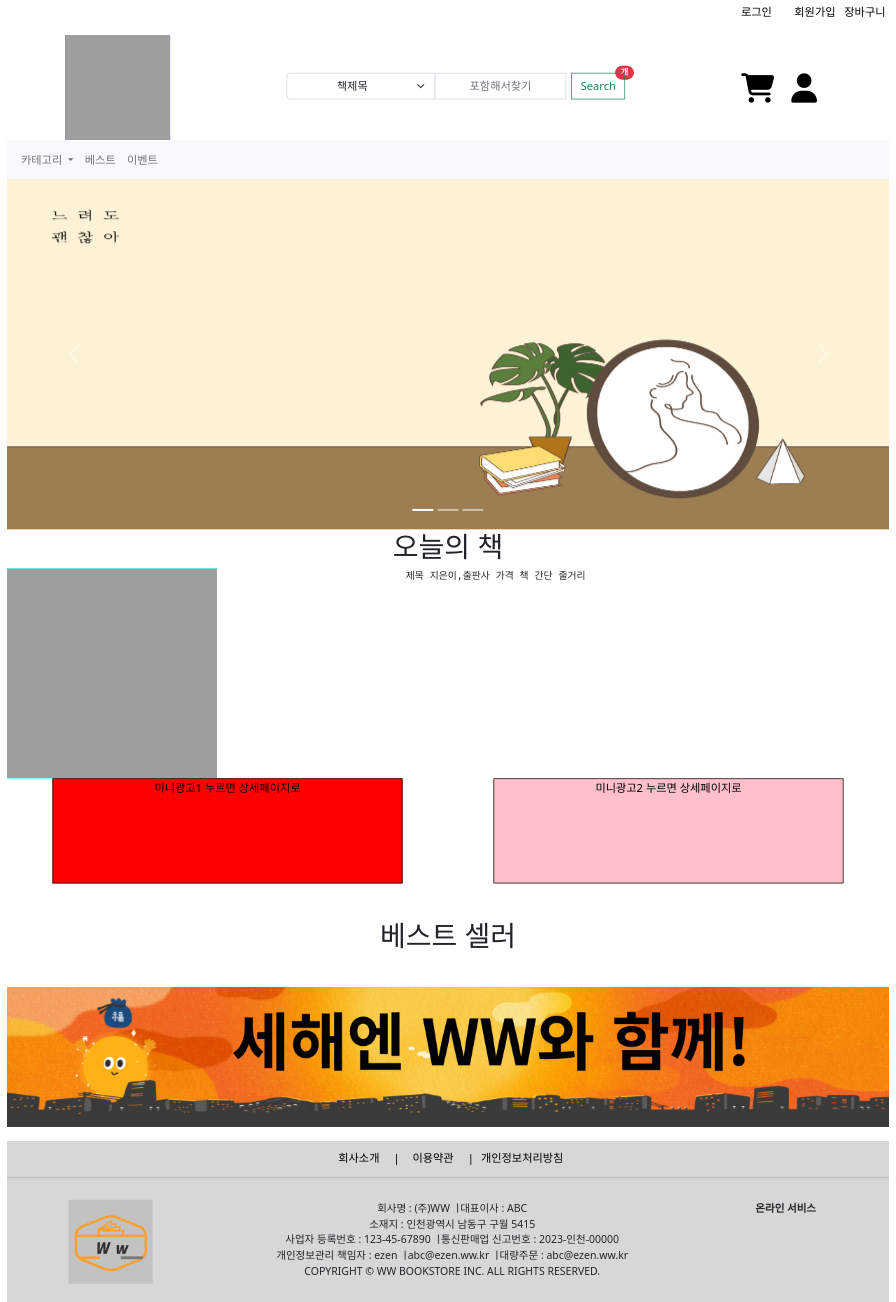
Repository: bongbongi/book1
Page: http://localhost/book/WEB-INF/views/home.jsp
The author's editor kept a copy of each file at every save. The page is drawn from the files as they stood at one save, then again after the next save.
The browser window is 1280 px wide. The pictures show the whole page, at 70% of full size.
Pictures or frames that could not be fetched are drawn as grey boxes. Some web libraries are served in a nearby version. The page is served by Tomcat 9. Nobody is signed in. Other server files are loaded and not shown. The template is opened directly, without the code that normally fills it, so the values that code supplies are empty.

Above is the page before, as saved 2023-01-09 16:47:07.

### book/src/main/webapp/WEB-INF/views/home.jsp
<%@ page language="java" contentType="text/html; charset=UTF-8"
	pageEncoding="UTF-8"%>
<%@ taglib uri="http://java.sun.com/jsp/jstl/core" prefix="c"%>
<%@ page import="java.net.URLEncoder"%>
<%@ page import="java.net.URL"%>
<%@ page import="java.net.HttpURLConnection"%>
<%@ page import="java.io.BufferedReader"%>
<%@ page import="java.io.InputStreamReader"%>

<html>
<!-- CSS only -->
<link
	href="https://cdn.jsdelivr.net/npm/bootstrap@5.2.2/dist/css/bootstrap.min.css"
	rel="stylesheet"
	integrity="sha384-Zenh87qX5JnK2Jl0vWa8Ck2rdkQ2Bzep5IDxbcnCeuOxjzrPF/et3URy9Bv1WTRi"
	crossorigin="anonymous">
<!-- JavaScript Bundle with Popper -->
<script
	src="https://cdn.jsdelivr.net/npm/bootstrap@5.2.2/dist/js/bootstrap.bundle.min.js"
	integrity="sha384-OERcA2EqjJCMA+/3y+gxIOqMEjwtxJY7qPCqsdltbNJuaOe923+mo//f6V8Qbsw3"
	crossorigin="anonymous"></script>
<script src="https://kit.fontawesome.com/92e616dfba.js" crossorigin="anonymous"></script>
<meta charset="UTF-8">
<head>
<title>Home</title>
<style>
* {
	text-align: center;
}

.home_main {
	margin:0 auto;
	width: 1260px;
}

body {


}

.slide {
	background-color: peru;
	margin: 0 auto;
	width: 1260px;
	height: 500px;
}

.todayBookImg {
	width: 300px;
	height: 300px;
	background-color: aqua;
}

.todayBookImg>img {
	width: 300px;
	height: 300px;
}

.todayBook {

}

.todayBookIntroduce {
	margin: 0 auto;
	display: flex;
}

.Best_item {
	width: 230px;
	height: 310px;
	/* background-color: antiquewhite; */
	display: inline-block;
	vertical-align: top;
	margin-right: 10px;
	margin-bottom: 50px;

	border:1px solid darkgray;
	border-radius: 20px;
}

.img_box {
	width: 220px;
	height: 200px;
	/* background-color: lightgray; */
	margin: 5px;
}
.book_img{
	width: 180px;
	height: 200px;
}
.main_book_header{
	font-size:16px;
}
.main_book_writer{
	font-size:10px;
}

.BestSellerList {
	list-style: none;

	padding:0px;
	/* display: -moz-inline-box; */
}

.BestSellerList:nth-last-child(-n+5) {
	margin-top: 50px;
}

.bestSeller {
	/* display: flex; */

}

.d-block {
	height: 500px;
}
.rank>i{
	margin:5px;
	padding:0;

	text-align: center;
 /* 	text-align: left; */
}
.fa-1{
 font-size:15px;
 	margin-left:8px;
}
.foot-ad{
	background-color: purple;
	height: 200px;
	margin: 20px 0px;
}
.foot-ad>a>img{
	height: 200px;
}
.ad-one{
	height: 200px;
	display: flex;
	justify-content: space-around;
}
.ad_mini_1{
	width: 500px;
	height:150px;
	background-color: red;
	border : 1px solid black;
}
.ad_mini_2{
	width: 500px;
	height:150px;
	background-color: pink;
	border : 1px solid black;
}
</style>
</head>
<body>
	<jsp:include page="./layout/header.jsp"></jsp:include>


	<div class="home_main">
		<nav class="navbar navbar-expand-lg bg-light">
			<div class="container-fluid">
				<!-- <a class="navbar-brand" href="#">Navbar</a> -->
				<button class="navbar-toggler" type="button"
					data-bs-toggle="collapse" data-bs-target="#navbarSupportedContent"
					aria-controls="navbarSupportedContent" aria-expanded="false"
					aria-label="Toggle navigation">
					<span class="navbar-toggler-icon"></span>
				</button>
				<div class="collapse navbar-collapse" id="navbarSupportedContent">
					<ul class="navbar-nav me-auto mb-2 mb-lg-0">
						<!-- <li class="nav-item">
                <a class="nav-link active" aria-current="page" href="#">이벤트</a>
              </li> -->
						<li class="nav-item dropdown"><a
							class="nav-link dropdown-toggle" href="#" role="button"
							data-bs-toggle="dropdown" aria-expanded="false"> 카테고리 </a>
							<ul class="dropdown-menu">
								<li><a class="dropdown-item" href="#">소설</a></li>
								<li><a class="dropdown-item" href="#">에세이</a></li>
								<li><hr class="dropdown-divider"></li>
								<li><a class="dropdown-item" href="#">문제집</a></li>
							</ul></li>
						<li class="nav-item"><a class="nav-link" href="#">베스트</a></li>
						<li class="nav-item"><a class="nav-link" href="#">이벤트</a></li>
					</ul>
				</div>
			</div>
		</nav>
		<div class="slide">
			<div id="carouselExampleCaptions" class="carousel slide"
				data-bs-ride="false">
				<div class="carousel-indicators">
					<button type="button" data-bs-target="#carouselExampleCaptions"
						data-bs-slide-to="0" class="active" aria-current="true"
						aria-label="Slide 1"></button>
					<button type="button" data-bs-target="#carouselExampleCaptions"
						data-bs-slide-to="1" aria-label="Slide 2"></button>
					<button type="button" data-bs-target="#carouselExampleCaptions"
						data-bs-slide-to="2" aria-label="Slide 3"></button>
				</div>
				<div class="carousel-inner">
					<div class="carousel-item active">
						<img
							src="../resources/img/main-slide-ad1.jpg"
							class="d-block w-100" alt="...">
					</div>
					<div class="carousel-item">
						<img
							src="../resources/img/main-slide-ad2.jpg"
							class="d-block w-100" alt="...">
					</div>
					<div class="carousel-item">
						<img
							src="../resources/img/main-slide-ad3.jpg"
							class="d-block w-100" alt="...">
					</div>
				</div>
				<button class="carousel-control-prev" type="button"
					data-bs-target="#carouselExampleCaptions" data-bs-slide="prev">
					<span class="carousel-control-prev-icon" aria-hidden="true"></span>
					<span class="visually-hidden">Previous</span>
				</button>
				<button class="carousel-control-next" type="button"
					data-bs-target="#carouselExampleCaptions" data-bs-slide="next">
					<span class="carousel-control-next-icon" aria-hidden="true"></span>
					<span class="visually-hidden">Next</span>
				</button>
			</div>
		</div>
		<div class="todayBook">
			<h1>오늘의 책</h1>
			<div class="todayBookIntroduce">
				<div class="todayBookImg">
					<img
						src="https://contents.kyobobook.co.kr/sih/fit-in/458x0/pdt/9791167740847.jpg">
				</div>
				<div>
					<pre>
				제목 지은이,출판사 가격 책 간단 줄거리
					</pre>
				</div>
			</div>
		</div>
		<div class="ad-one">
			<div class="ad_mini_1"><a href="#">미니광고1 누르면 상세페이지로</a></div>
			<div class="ad_mini_2"><a href="#">미니광고2 누르면 상세페이지로</a></div>
		</div>
		<h1>베스트 셀러</h1>
		<div class="BestSeller">
			<ul class="BestSellerList">
			<c:forEach items="${book_list}" var="list" begin="1" end="10">
				<li class="Best_item">
					<div class="rank">
						<i class="fa-solid fa-1"></i>
					</div>
					<div class="img_box">
						<a href="#">
							<img class="book_img" src="${list.book_image}">
						</a>
					</div>
					<div class="info_box">
						<span class="main_book_header">${list.book_title}</span>
						<Br>
						<span class="main_book_writer">${list.book_writer} : ${list.book_publisher}</span>
					</div>
				</li>
			</c:forEach>


			</ul>


		</div>
		<!-- 광고 -->
		<div class="foot-ad">
			<a href="#">
				<img src="../resources/img/newYearAD.jpg">
			</a>
		</div>
	</div>
	<jsp:include page="./layout/footer.jsp"></jsp:include>
</body>
</html>

### book/src/main/webapp/WEB-INF/views/layout/header.jsp
<%@ page language="java" contentType="text/html; charset=UTF-8" pageEncoding="UTF-8"%>
<%@ taglib uri="http://java.sun.com/jsp/jstl/core" prefix="c"%>
<link href="https://cdn.jsdelivr.net/npm/bootstrap@5.2.2/dist/css/bootstrap.min.css" rel="stylesheet" integrity="sha384-Zenh87qX5JnK2Jl0vWa8Ck2rdkQ2Bzep5IDxbcnCeuOxjzrPF/et3URy9Bv1WTRi" crossorigin="anonymous">
<script src="https://kit.fontawesome.com/92e616dfba.js" crossorigin="anonymous"></script>
<meta charset="UTF-8">
<!DOCTYPE html>
<html>
<head>
<style>
.header {
   margin: 0 auto;
   width: 1260px;
   height: 200px;
}

.menu {
   display: flex;
   justify-content: flex-end;
   padding: 5px;
}

.logo {
   width: 150px;
   height: 150px;
   background-color: blue;
}

.logo>a>img {
   width: 150px;
   height: 150px;
}

.searchBar {
   /* position:absolute; */
   width: 484px;
   height: 42px;
   /* background-color: gold; */
   margin-top: 54px;
   border-radius: 30px;
}

.bar {
   height: 150px;
   display: flex;
   flex-direction: row;
   flex-wrap: nowrap;
   justify-content: space-around;
   /*    align-items: baseline; */
}

.icons>a>i {
   font-size: 42px;
   color: black;
   margin-top: 54px;
   margin-right: 20px;
}
</style>
</head>
<body>
   <div class="header">
      <div class="menu">
         <c:if test="${ses.mem_id ==null}">
            <ul>
               <a href="/mem/loginPage">로그인</a>
            </ul>
            <ul>
               <a href="/mem/joinPage">회원가입</a>
            </ul>
         </c:if>
         <c:if test="${ses.mem_auth == '0' }">
            <ul>
               <a href="/mem/logOut">로그아웃</a>
            </ul>
            <ul>
               <a href="/mem/adminPage">관리인페이지</a>
            </ul>
         </c:if>
         <c:if test="${ses.mem_id !=null && ses.mem_auth !='0' }">
            <ul>
               <a href="/mem/logOut">로그아웃</a>
            </ul>
            <ul>
               <a href="/mem/mypage">마이페이지</a>
            </ul>
         </c:if>
         <%-- <ul>
            <a href="/cart/cartdetail?mem_num=${ses.mem_num}">장바구니</a>
         </ul> --%>
         <c:if test="${ses.mem_id !=null}">
         <ul>
            <a href="/cart/cartdetail?mem_num=${ses.mem_num}">장바구니</a>
         </ul>
         </c:if>
         <c:if test="${ses.mem_id == null}">
               <a href="/mem/loginPage" onclick="gologin(event)">&nbsp&nbsp&nbsp장바구니</a>
         </c:if>
      </div>
      <div class="bar">
         <div class="logo">
            <a href="/"><img src="/resources/img/logo.jpg" alt="로고"></a>
         </div>
         <div class="searchBar">
            <form action="/book/search" class="d-flex" role="search" method="get">
               <div class="input-group mb-3">
                  <!-- 값을 별도 저장 -->
                  <c:set value="${pgh.pgvo.type}" var="typed" />
                  <select class="form-select" name="type">
                     <option value="t" ${typed eq 't' ? 'selected' :'' }>책제목</option>
                     <option value="c" ${typed eq 'c' ? 'selected' :'' }>작가이름</option>
                     <option value="w" ${typed eq 'w' ? 'selected' :'' }>출판사</option>
                  </select> <input class="form-control me-2" type="text" name="keyword" placeholder="포함해서찾기"> <input type="hidden" name="pageNo" value="1"> <input type="hidden" name="qty" value="10">
                  <button class="btn btn-outline-success" type="submit">Search</button>
                  <span class="position-absolute top-0 start-100 translate-middle badge rounded-pill bg-danger"> ${pgh.totalCount}개 <span class="visually-hidden">unread messages</span>
                  </span>
               </div>
            </form>
         </div>
         <div class="icons">
            <!-- 로그인 되었을때 -->
            <c:if test="${ses.mem_id !=null}">
            <a href="/cart/cartdetail?mem_num=${ses.mem_num}">
               <i class="fa-solid fa-cart-shopping"></i>
            </a>
            </c:if>
            <!-- 로그인 안되었을때 -->
            <c:if test="${ses.mem_id == null}">
            <a href="/mem/loginPage" onclick="gologin(event)">
               <i class="fa-solid fa-cart-shopping"></i>
            </a>
            </c:if>

            <c:if test="${ses.mem_auth == '0' }">
               <a href="/mem/adminPage">
                  <i class="fa-solid fa-user"></i>
               </a>
            </c:if>
            <c:if test="${ses.mem_auth != '0' }">
               <a href="/mem/mypage">
                  <i class="fa-solid fa-user"></i>
               </a>
            </c:if>

         </div>
      </div>
   </div>

   <script type="text/javascript">
      function gologin(event) {
         alert("로그인이 필요합니다!");
      }
      </script>
</body>
</html>

### book/src/main/webapp/WEB-INF/views/layout/footer.jsp
<%@ page language="java" contentType="text/html; charset=UTF-8"
   pageEncoding="UTF-8"%>
   <%@ taglib uri="http://java.sun.com/jsp/jstl/core" prefix="c"%>
<!DOCTYPE html>
<html>
<head>
<meta charset="UTF-8">
<title>Insert title here</title>
<style>
.footer {
   width: 1260px;
   height: 230px;
   background-color: rgba(175, 175, 175, 0.5);
   margin: 0 auto;
}

.footer-logo {

   width: 120px;
   height: 120px;
   background-color: beige;
}
.footer-logo>img{
   width: 120px;
   height: 120px;
}

.address-box {
   text-align: left;
   padding: 0;
   margin: 0;
}

.address {
   padding: 15px;
   height: 150px;
   display: flex;
   font-size: 15px;
   /* align-items: baseline; */
   flex-direction: row;
   flex-wrap: nowrap;
   justify-content: space-around;
}

ul {
   list-style: none;
}

.footer, .address li {

}

.footer-top {
   text-align: center;
   padding-top: 12px;
}

.footer-top>ul {
   margin: 0;
   padding: 0;
   display: flex;
   justify-content: center;
}

.footer-top>li {
   margin: 0;
   padding: 0;
}

a {
   text-decoration-line: none;
   color: black;
}

a:visited {
   text-decoration: none;
}

a:hover {
   text-decoration: none;
}

a:focus {
   text-decoration: none;
}

a:hover, a:active {
   text-decoration: none;
}

.online-serviceBar {
   padding: 0px;
   margin-left: 20px;
   width: 120px;
   height: 120px;
}

.online-serviceBar>ul {
   margin: 0px;
   padding: 0px;
}

</style>

</head>

<body>
   <div class="footer">
      <div class="footer-top">
         <ul>
            <li><a href="/introduce">회사소개 　|　 </a></li>
            <li><a href="/tos">이용약관 　| 　</a></li>
            <li><a href="/pp">개인정보처리방침</a></li>
         </ul>
      </div>
      <hr>
      <div class="address">
         <div class="footer-logo">
            <img src="../resources/img/logo2.png" alt="로고">
         </div>
         <div class="address-box">
            <ul>
               <li>회사명 : (주)WW <span style="margin-right: -7px;">ㅣ</span>
                  대표이사 : ABC
               </li>

               <li>소재지 : 인천광역시 남동구 구월 5415</li>
               <li>사업자 등록번호 : 123-45-67890 <span style="margin-right: -7px;">ㅣ</span>
                  통신판매업 신고번호 : 2023-인천-00000
               </li>

               <li>개인정보관리 책임자 : ezen <span style="margin-right: -7px;">ㅣ</span>
                  abc@ezen.ww.kr <span style="margin-right: -7px;">ㅣ</span> 대량주문 :
                  abc@ezen.ww.kr
               </li>

               <li>COPYRIGHT © WW BOOKSTORE INC. ALL RIGHTS RESERVED.</li>

            </ul>

         </div>
         <div class="online-serviceBar">
            <strong>온라인 서비스</strong>
            <c:if test="${ses.mem_auth eq 1}">
            <ul>
               <li><a href="/mem/mypage">마이페이지</a></li>
               <li><a href="/ntc/noticeOnly">공지사항</a></li>
               <li><a href="/board/list">1대1문의</a></li>
               <li><a href="/faq/faqListOnly">FAQ</a></li>
            </ul>
            </c:if>
            <c:if test="${ses.mem_auth eq 0}">
            <ul>
               <li><a href="/" onclick="gologin(event)">마이페이지</a></li>
               <li><a href="/ntc/noticeOnly">공지사항</a></li>
               <li><a href="/" onclick="gologin(event)">1대1문의</a></li>
               <li><a href="/faq/faqListOnly">FAQ</a></li>
            </ul>

            </c:if>
         </div>
      </div>
   </div>

   <script type="text/javascript">

   function gologin(event) {
      alert("일반회원 영역입니다")
   }



   </script>

</body>
</html>

After the next save:
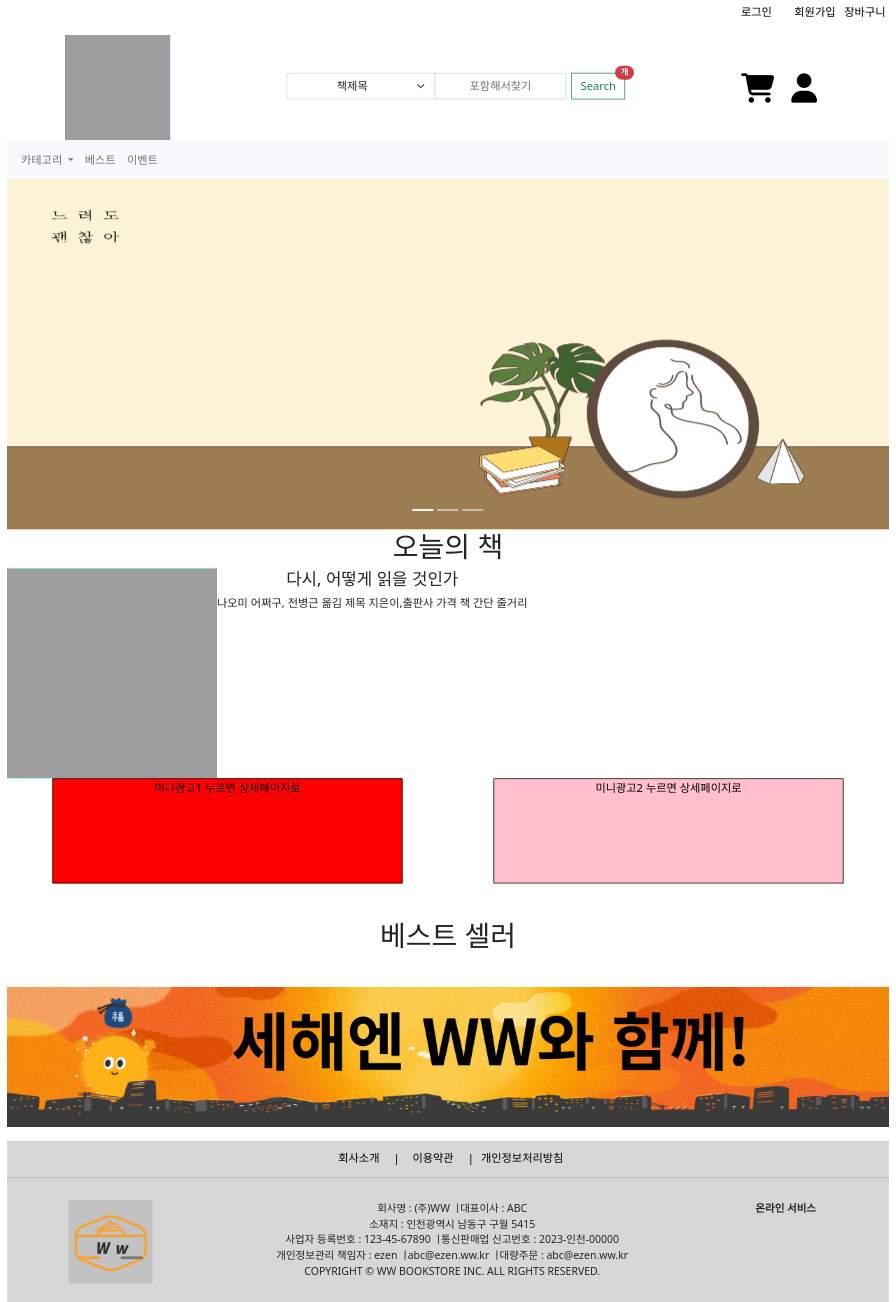
Saved 106 s later.
--- a/book/src/main/webapp/WEB-INF/views/home.jsp
+++ b/book/src/main/webapp/WEB-INF/views/home.jsp
@@ -235,9 +235,10 @@ body {
 						src="https://contents.kyobobook.co.kr/sih/fit-in/458x0/pdt/9791167740847.jpg">
 				</div>
 				<div>
-					<pre>
+					<h4>다시, 어떻게 읽을 것인가</h4>
+					<span>나오미 어쩌구, 전병근 옮김</span>
 				제목 지은이,출판사 가격 책 간단 줄거리
-					</pre>
+
 				</div>
 			</div>
 		</div>
